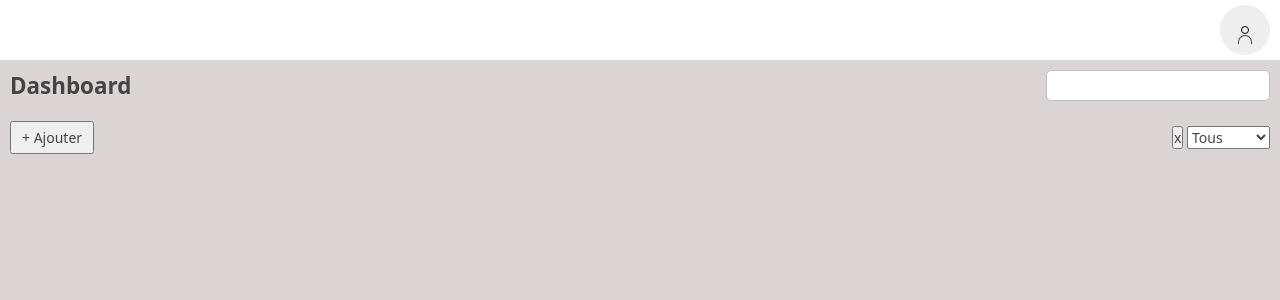
Repository: zpaulange/task_manager
Page: dashboard/index.html
The author's editor kept a copy of each file at every save. The page is drawn from the files as they stood at one save, then again after the next save.
The browser window is 1280 px wide. The pictures show the whole page.

Above is the page before, as saved 2025-03-06 14:58:14.

### dashboard/index.html
<!DOCTYPE html>
<html lang="en">
<head>
    <meta charset="UTF-8">
    <meta name="viewport" content="width=device-width, initial-scale=1.0">
    <link rel="stylesheet" href="../assets/styles/dashboard/style.css">
    <title>Document</title>
</head>
<body>
  <section class="dashboard">
    <div class="dashboard_right">
      <nav class="dashbaord_nav">
        <a href="#" class="dashbaord_nav_avatar">
          <span></span>
        </a>
      </nav>
      <main class="main">
        <div class="main_header">
          <h1 class="main_header_title">Dashboard</h1>
          <input type="search" name="search" class=" main_header_search">
        </div>
        <div class="main_header_actions">
          <div class="main_header_actions_left">
            <button class="main_header_actions_btn">+ Ajouter</button>
          </div>
          <div class="main_header_actions_right">
            <button class="main_header_actions_right_btnDel">x</button>
            <select name="filter" id="">
              <option value="0">Tous</option>
              <option value="1">En cours</option>
              <option value="2">Annulés</option>
              <option value="3">Terminés</option>
            </select>
          </div>
        </div>
        <!-- <section class="box box-center">

        </section> -->
      </main>
    </div>
  </section>

</body>
</html>

### assets/styles/dashboard/style.css
*{
  margin:0;
  padding:0;
  box-sizing: border-box;
  position:relative;
  font-family: system-ui, sans-serif;
  font-size: 14px;
  color:#434343;
}
body{
  overflow-x: hidden;
}
a{
  text-decoration: none;
}
a:active, a:hover{
  color:#434343;
}
img{
  width: 100%;
  height: auto;
}
ul li{
  list-style: none;
}
input[type="search"],
input[type="text"],
input[type="date"]{
  padding:5px 10px;
  border-radius:5px;
  border:1px solid silver
}
input:focus{
  outline: none;
}

.dashboard{
  min-height: 100vh;
  background-color: #dbd4d4;
}

.dashboard_right{
  min-height: 100vh;
}
.dashbaord_nav{
  background-color: #fff;
  padding:5px 10px;
  display: flex;
  align-items:center;
  justify-content: flex-end;
  z-index: 1000;
  position: sticky;
  top:0;
  left:0;
}
.dashbaord_nav_avatar{
  display: flex;
  align-items: center;
  justify-content: center;
  height:50px;
  width: 50px;
  border-radius:50%;
  background-color: #eee;

}
.dashbaord_nav_avatar span{
  display: inline-block;
  height: 8px;
  width: 8px;
  border-radius:50%;
  border:1px solid #000
}
.dashbaord_nav_avatar span:before{
  content:'';
  position: absolute;
  height: 8px;
  width: 12px;
  border:1px solid;
  left:50%;
  transform: translateX(-50%);
  top:8px;
  border-bottom: none;
  border-top-left-radius: 10px;
  border-top-right-radius: 10px;
}

.main{
  padding:10px;
}
.main_header_title{
  font-size: 1.6rem;
}
.box{
  min-height: calc(100vh - 100px);
  background-color: #fff;
  border-radius:5px;
  padding:10px;
}
.box.box-center{
  display: flex;
  align-items:center;
  justify-content: center;
}

.main_header{
  display: flex;
  justify-content: space-between;
  align-items:center;
  margin-bottom:20px;
}
.main_header_actions{
  display: flex;
  justify-content: space-between;
  align-items:center;
}
.main_header_actions_btn{
  padding:5px 10px;
}

After the next save:
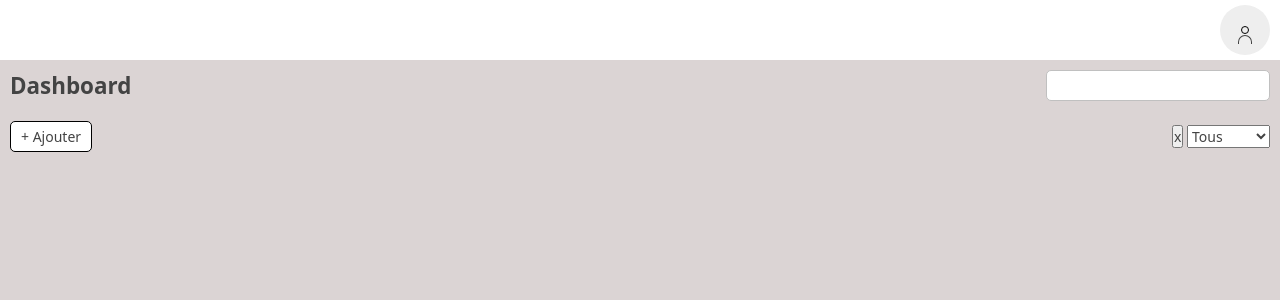
Saved 4 s later.
--- a/assets/styles/dashboard/style.css
+++ b/assets/styles/dashboard/style.css
@@ -115,4 +115,8 @@ input:focus{
 }
 .main_header_actions_btn{
   padding:5px 10px;
+  border-radius:5px;
+  border:1px solid #000;
+  background-color: #fff;
+  cursor: pointer;
 }
